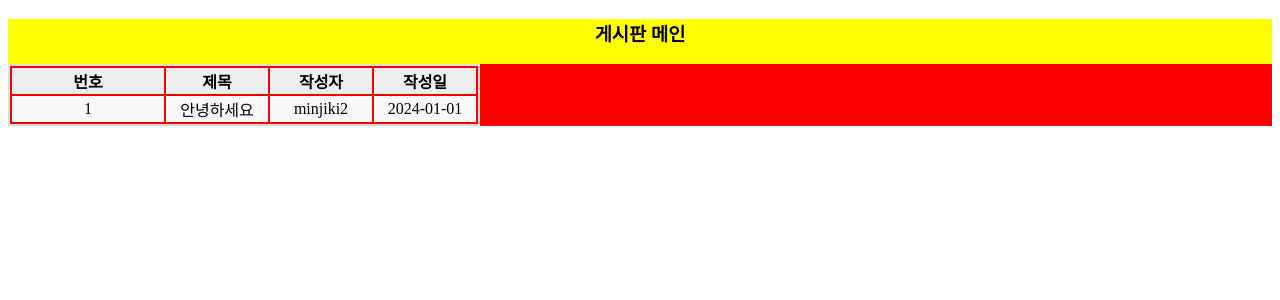
Repository: minjikimkim2222/BBS
Page: http://localhost/BBS/bbs.jsp
These files come from the project's save history. The page is drawn as it stood at one moment and after the next save; the edit follows.
The browser window is 1280 px wide. The pictures show the whole page.
The page is served by Tomcat 9.

Above is the page before, as saved 2024-01-01 13:55:12.

After the next save:
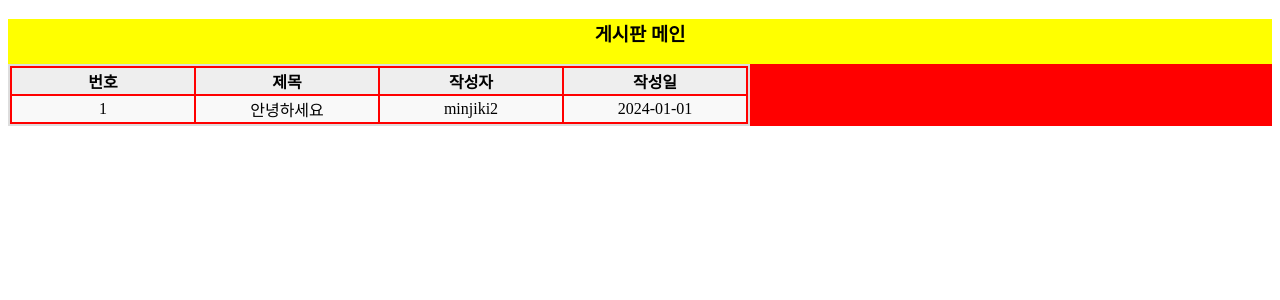
Saved 11 s later.
--- a/BBS/src/main/webapp/bbs.jsp
+++ b/BBS/src/main/webapp/bbs.jsp
@@ -45,10 +45,10 @@
 					</thead>
 					<tbody>
 						<tr>
-							<td width = "150">1</td>
-							<td width = "100">안녕하세요</td>
-							<td width = "100">minjiki2</td>
-							<td width = "100">2024-01-01</td>
+							<td width = "180">1</td>
+							<td width = "180">안녕하세요</td>
+							<td width = "180">minjiki2</td>
+							<td width = "180">2024-01-01</td>
 						</tr>
 					</tbody>
 				</table>
